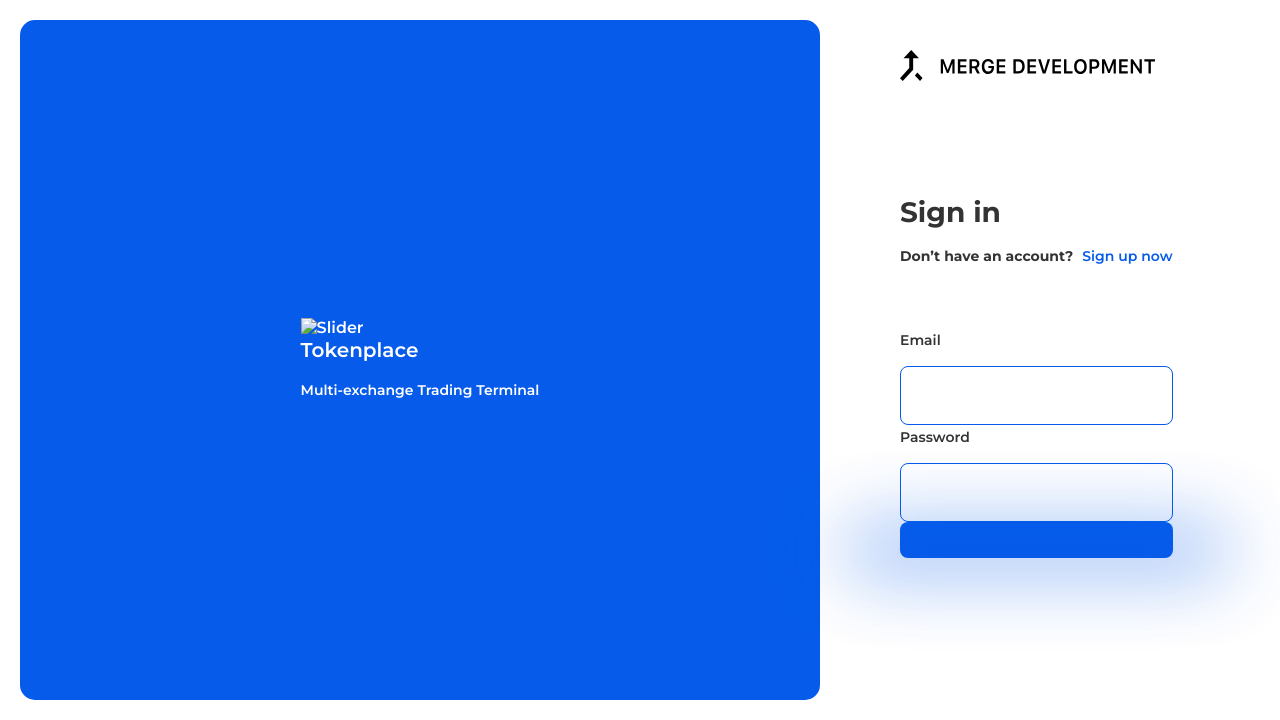
Repository: 13RedFox/form-project
Page: /
These files come from the project's save history. The page is drawn as it stood at one moment and after the next save; the edit follows.
The browser window is 1280 px wide. The pictures show the whole page.
The project was rebuilt for these pictures with package versions that can differ from the ones it lists, and the page was loaded fresh each time.

Above is the page before, as saved 2021-08-04 18:21:15.

### public/index.html
<!DOCTYPE html>
<html lang="en">

<head>
  <meta charset="utf-8" />
  <link rel="icon" href="%PUBLIC_URL%/favicon.ico" />
  <meta name="viewport" content="width=device-width, initial-scale=1" />
  <meta name="theme-color" content="#000000" />
  <meta name="description" content="Web site created using create-react-app" />
  <link rel="apple-touch-icon" href="%PUBLIC_URL%/logo192.png" />
  <link rel="manifest" href="%PUBLIC_URL%/manifest.json" />

  <title>Form Project</title>
  <link rel="preconnect" href="https://fonts.googleapis.com">
  <link rel="preconnect" href="https://fonts.gstatic.com" crossorigin>
  <link href="https://fonts.googleapis.com/css2?family=Montserrat:wght@600;700&display=swap" rel="stylesheet">
</head>

<body>
  <noscript>You need to enable JavaScript to run this app.</noscript>
  <div id="root"></div>
</body>

</html>

### src/index.js
import React from 'react';
import ReactDOM from 'react-dom';
import './index.scss';
import App from './components/App/App';

ReactDOM.render(
  <React.StrictMode>
    <App />
  </React.StrictMode>,
  document.getElementById('root')
);

### src/index.scss
* {
  margin: 0;
  padding: 0;
  box-sizing: border-box;
  font-family: 'Montserrat', -apple-system, BlinkMacSystemFont, 'Segoe UI', 'Roboto', 'Oxygen',
    'Ubuntu', 'Cantarell', 'Fira Sans', 'Droid Sans', 'Helvetica Neue', sans-serif;
  -webkit-font-smoothing: antialiased;
  -moz-osx-font-smoothing: grayscale;
}

### src/components/App/App.jsx
import React from 'react';
import Form from '../Form/Form';
import Slider from '../Slider/Slider';

import styles from './App.module.scss';

function App() {
  return (
    <div className={styles.wrapper}>
      <Slider />
      <Form />
    </div>
  );
}

export default App;

### src/components/Form/Form.jsx
import styles from './Form.module.scss';
import { ReactComponent as LogoIcon } from '../../assets/logo.svg';
import Input from '../Input/Input';
import Button from '../Button/Button';

const Form = () => {
  return (
    <div className={styles.form}>
      <LogoIcon className={styles.icon} />
      <form action="#">
        <h1 className={styles.title}>Sign in</h1>
        <div className={styles.inner}>
          <p className={styles.text}>Don’t have an account?</p>
          <a href="#!" className={styles.signUp}>
            Sign up now
          </a>
        </div>
        <Input label="Email" type="email" className={styles.input} />
        <Input label="Password" type="password" className={styles.input} />
        <Button />
      </form>
    </div>
  );
};

export default Form;

### src/components/Slider/Slider.jsx
import styles from './Slider.module.scss';

const Slider = () => {
  return (
    <div className={styles.slider}>
      <div className={styles.card}>
        <div className={styles.wrapperImg}>
          <img src="#" alt="Slider" />
        </div>
        <h2 className={styles.title}>Tokenplace</h2>
        <p className={styles.description}>Multi-exchange Trading Terminal</p>
      </div>
    </div>
  );
};

export default Slider;

### src/components/App/App.module.scss
.wrapper {
  max-width: 1440px;
  height: 100vh;
  display: flex;
  background-color: #fff;
  padding: 20px;
  margin: 0 auto;
}

### src/components/Form/Form.module.scss
.form {
  padding-top: 30px;
  color: #333333;
}

.icon {
  margin-bottom: 110px;
}

.title {
  font-weight: bold;
  font-size: 28px;
  line-height: 34px;
  margin-bottom: 15px;
}

.inner {
  display: flex;
  align-items: center;
  margin-bottom: 60px;
}

.text {
  font-weight: bold;
  font-size: 14px;
  line-height: 24px;
}

.signUp {
  display: flex;
  font-weight: 600;
  font-size: 14px;
  line-height: 24px;
  color: #065bea;
  margin-left: 9px;
  text-decoration: none;
  transition: color 0.15s ease-in-out;

  &:hover {
    color: #0a4ab6;
  }
}

.input {
  margin-bottom: 30px;
}

### src/components/Input/Input.jsx
import styles from './Input.module.scss';

const Input = ({ type, label }) => {
  return (
    <label htmlFor="input" className={styles.label}>
      {label}
      <input type={type} className={styles.input} />
    </label>
  );
};

export default Input;

### src/components/Button/Button.jsx
import React from 'react';
import styles from './Button.module.scss';

const Button = ({ label, disabled }) => {
  return (
    <button className={styles.button} disabled={disabled}>
      {label}
    </button>
  );
};

export default Button;

### src/components/Slider/Slider.module.scss
.slider {
  width: 800px;
  height: 100%;
  background: #065bea;
  border-radius: 15px;
  display: flex;
  justify-content: center;
  align-items: center;
  color: #fff;
  margin-right: 80px;
}

.title {
  font-weight: 600;
  font-size: 20px;
  line-height: 26px;
  margin-bottom: 15px;
}

.description {
  font-weight: 600;
  font-size: 14px;
  line-height: 24px;
}

### src/components/Input/Input.module.scss
.label {
  display: flex;
  flex-direction: column;
  font-weight: 600;
  font-size: 14px;
  line-height: 24px;
  color: #333;
}

.input {
  width: 100%;
  max-width: 420px;
  padding: 20px;

  color: #333;
  background: #ffffff;
  border: 1px solid #065bea;
  border-radius: 8px;

  font-weight: 600;
  font-size: 14px;
  line-height: 17px;
  margin-top: 14px;
}

### src/components/Button/Button.module.scss
.button {
  position: relative;
  width: 100%;
  max-width: 420px;
  padding: 18px 0;
  background: #065bea;
  border-radius: 8px;
  border: none;
  font-weight: 600;
  font-size: 16px;
  line-height: 20px;
  color: #ffffff;
  transition: background-color 0.15s ease-in-out;
  cursor: pointer;
  z-index: 0;

  &:after {
    content: '';
    position: absolute;
    bottom: -5px;
    left: 50%;
    transform: translateX(-50%);
    width: 383px;
    height: 26px;

    background: #065bea;
    opacity: 0.83;
    filter: blur(40px);
    border-radius: 8px;
    z-index: -1;
  }

  &:hover {
    background: #0451d2;
  }

  &:active {
    background: #065bea;
  }

  &:disabled {
    background: #c6d0e0;
    &:after {
      display: none;
    }
  }
}

After the next save:
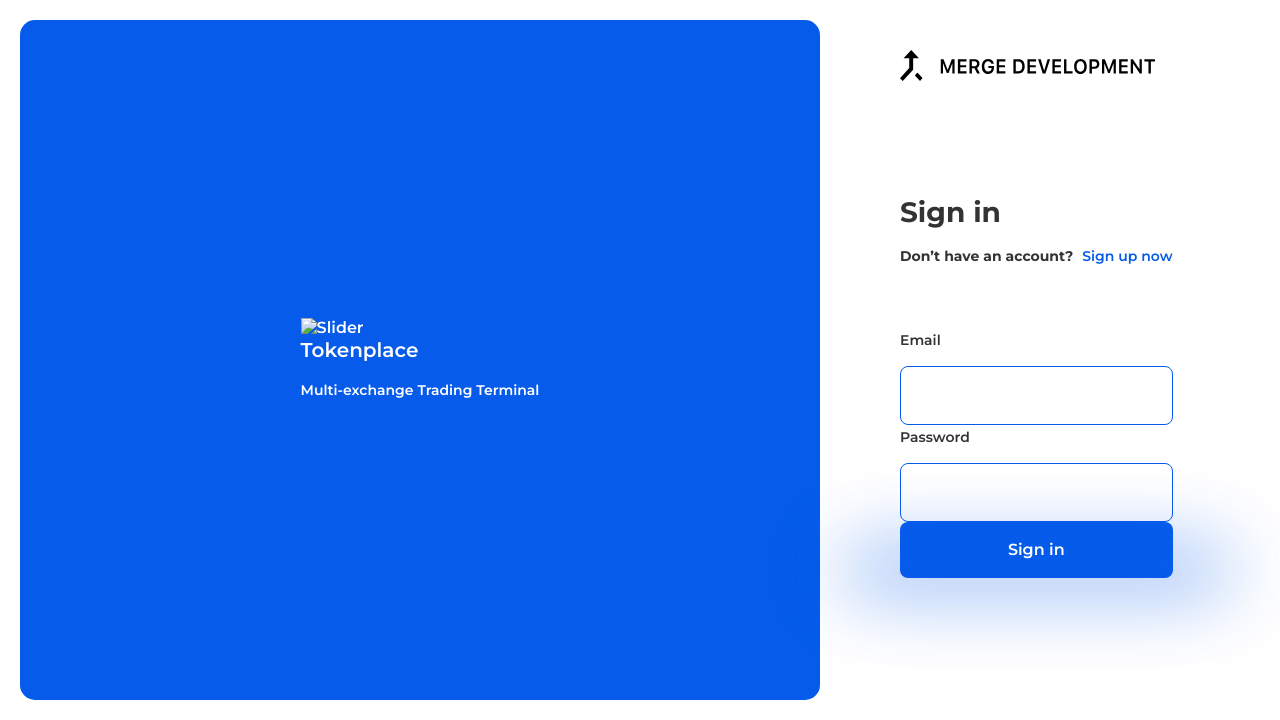
Saved 28 s later.
--- a/src/components/Form/Form.jsx
+++ b/src/components/Form/Form.jsx
@@ -17,7 +17,7 @@
         </div>
         <Input label="Email" type="email" className={styles.input} />
         <Input label="Password" type="password" className={styles.input} />
-        <Button />
+        <Button label="Sign in" />
       </form>
     </div>
   );
